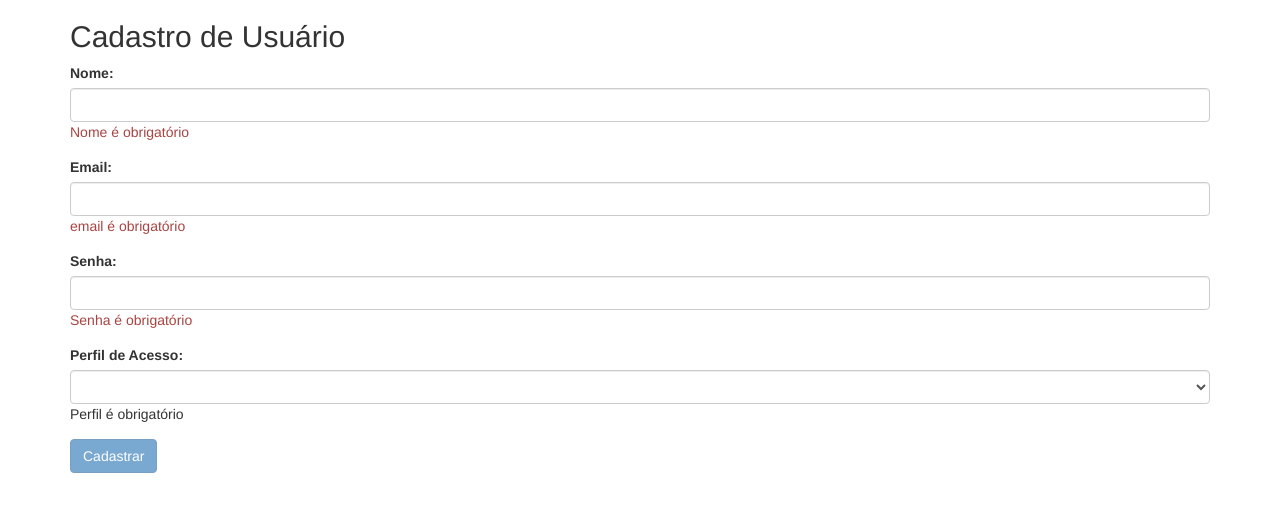
Repository: AndersonSchinemann/ProjetoSaas
Page: TopData/src/main/resources/static/views/cadastro.html
These files come from the project's save history. The page is drawn as it stood at one moment and after the next save; the edit follows.
The browser window is 1280 px wide. The pictures show the whole page.

Above is the page before, as saved 2023-11-13 14:50:09.

### TopData/src/main/resources/static/views/cadastro.html
<!-- Adicione Bootstrap CSS e AngularJS -->
<link rel="stylesheet" href="https://maxcdn.bootstrapcdn.com/bootstrap/3.3.7/css/bootstrap.min.css">

<!-- Adicione ng-bootstrap CSS e JavaScript -->
<!--<link rel="stylesheet" href="https://maxcdn.bootstrapcdn.com/bootstrap/4.5.2/css/bootstrap.min.css">-->
<script src="https://ajax.googleapis.com/ajax/libs/angularjs/1.8.2/angular.min.js"></script>
<!--<script src="https://cdnjs.cloudflare.com/ajax/libs/angular-ui-bootstrap/3.0.6/ui-bootstrap-tpls.min.js"></script>-->

<!-- Seus scripts Angular -->
<script src="js/controllerCad.js"></script>

<div class="container" ng-app="CadastroApp" ng-controller="CadastroController">
  <h2>Cadastro de Usuário</h2>

  <form name="formulario" ng-app>
  	<div class="form-group">
        <label for="nome">Nome:</label>
        <input type="text" class="form-control" id="nome" ng-model="usuario.nome" name="nome" required>
         <span ng-class="{'text-danger': formulario.nome.$error.required}" ng-show="formulario.nome.$error.required">Nome é obrigatório</span>

    </div>

    <div class="form-group">
      <label for="email">Email:</label>
      <input type="email" class="form-control" id="email" ng-model="usuario.email" name="email" required>
     <span ng-class="{'text-danger': formulario.email.$error.required} "ng-show="formulario.email.$error.required">email é obrigatório</span>
     <span ng-class="{'text-danger': formulario.email.$error.email}" ng-show="formulario.email.$error.email">
 			E-mail inválido
 	</span>
    </div>

    <div class="form-group">
      <label for="senha">Senha:</label>
      <input type="password" class="form-control" id="senha" ng-model="usuario.senha" name="senha" required>
      <span ng-class="{'text-danger': formulario.senha.$error.required}" ng-show="formulario.senha.$error.required">Senha é obrigatório</span>
    </div>

    <div class="form-group">
      <label for="perfil">Perfil de Acesso:</label>
      <select class="form-control" id="perfil" ng-model="usuario.perfil" name="perfil" required>
        <option value="admin">Admin</option>
        <option value="usuario">Usuário</option>
      </select>
      <span ng-class="{'text-danger': formulario.perfil.$error.email}" ng-show="formulario.perfil.$error.required">Perfil é obrigatório</span>
    </div>

    <button type="button" class="btn btn-primary" ng-click="cadastrarUsuario()" ng-disabled="formulario.$invalid || formulario.$pristine">Cadastrar</button>
  </form>
</div>

### TopData/src/main/resources/static/js/controllerCad.js
var app = angular.module('CadastroApp',  []);

app.controller('CadastroController', function($scope, $http) {
    $scope.usuario = {};

    $scope.cadastrarUsuario = function() {
        // Aqui você pode enviar os dados para o backend (Spring Boot) usando $http.post
        // Exemplo:
       for (var key in $scope.usuario) {
        if (!$scope.usuario[key]) {
          // Exibe uma mensagem de erro informando qual campo está vazio
          alert('O campo ' + key + ' é obrigatório.');
          return;
        }
      }
      $http.post('/api/usuarios', $scope.usuario)
           .then(function(response) {
		        console.log(response.data);
		        // Exibir mensagem de sucesso
		        alert('Usuário cadastrado com sucesso!');
		    })
		    .catch(function(error) {
		        console.log(error);
		        // Exibir mensagem de erro
		        alert('Erro ao cadastrar usuário. Por favor, tente novamente JS.');
			});

	}

});

After the next save:
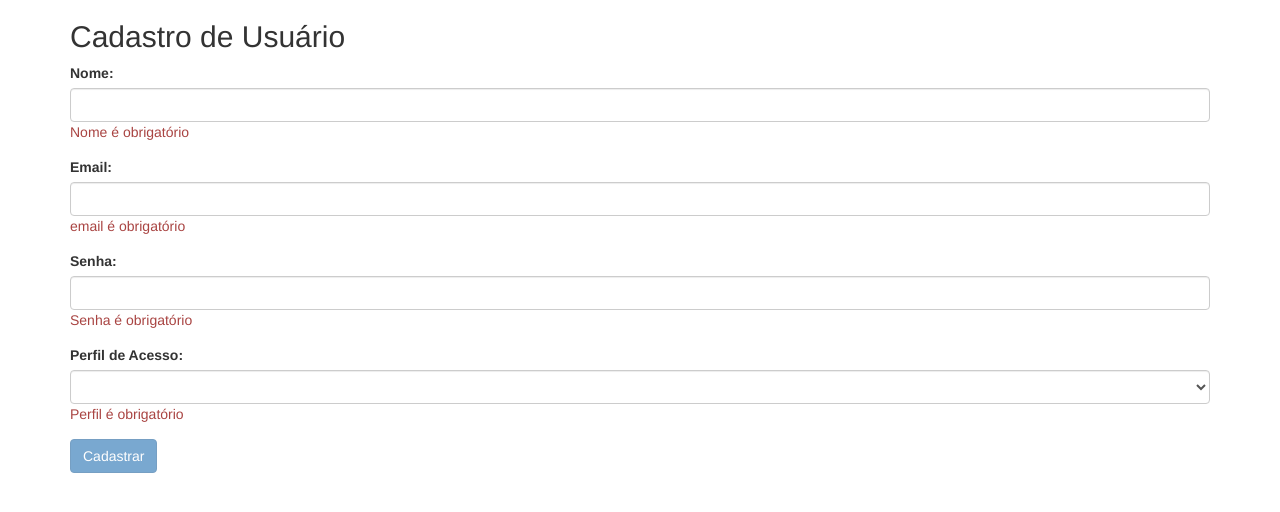
Saved 58 s later.
--- a/TopData/src/main/resources/static/views/cadastro.html
+++ b/TopData/src/main/resources/static/views/cadastro.html
@@ -41,7 +41,7 @@
         <option value="admin">Admin</option>
         <option value="usuario">Usuário</option>
       </select>
-      <span ng-class="{'text-danger': formulario.perfil.$error.email}" ng-show="formulario.perfil.$error.required">Perfil é obrigatório</span>
+      <span ng-class="{'text-danger': formulario.perfil.$error.required}" ng-show="formulario.perfil.$error.required">Perfil é obrigatório</span>
     </div>
 
     <button type="button" class="btn btn-primary" ng-click="cadastrarUsuario()" ng-disabled="formulario.$invalid || formulario.$pristine">Cadastrar</button>
